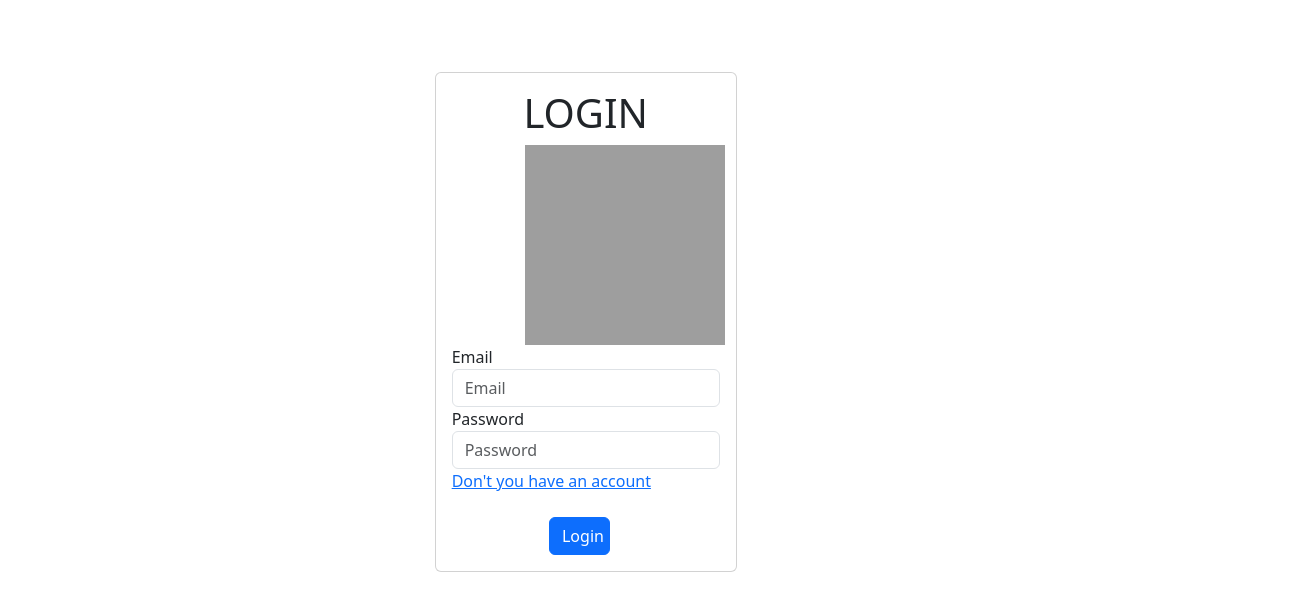
Repository: IT21221064/JobPortal
Page: http://localhost/JobApp/login.jsp
These files come from the project's save history. The page is drawn as it stood at one moment and after the next save; the edit follows.
The browser window is 1280 px wide. The page is 1292 px wide, so the pictures cover 1292 px, including what lies to the right of the window. The pictures show the whole page.
Pictures or frames that could not be fetched are drawn as grey boxes. The page is served by Tomcat 9.

Above is the page before, as saved 2023-07-15 19:31:31.

### Project/JobApp/src/main/webapp/login.jsp
<%@ page language="java" contentType="text/html; charset=ISO-8859-1"
    pageEncoding="ISO-8859-1"%>
<!DOCTYPE html>
<html>
<head>
<meta charset="ISO-8859-1">
<title>Home Page</title>
 <link href="https://cdn.jsdelivr.net/npm/bootstrap@5.3.0/dist/css/bootstrap.min.css" rel="stylesheet" integrity="sha384-9ndCyUaIbzAi2FUVXJi0CjmCapSmO7SnpJef0486qhLnuZ2cdeRhO02iuK6FUUVM" crossorigin="anonymous">
  </head>
</head>
<body>

<br /><br /><br />
    <div class="row">
      <div class="col-md-4"></div>
      <div class="col-md-3">
        <div class="card">
          <div class="card-body">
            <h1 style="text-align: center">LOGIN</h1>
            <div class="row">
              <div class="col-md-3"></div>
              <div class="col-md-4">
                <img
                  style="width: 200px; height: 200px"
                src="images/profilepic.png"  alt="circle user avatar Icon 4035892"
                  class="styles__Image-sc-2erpfv-1 eOQgUF"
                />
              </div>
              <div class="col-md-4"></div>
            </div>
            <form method="post" action="LoginServlet">
              <div class="form-group">
                <label>Email</label
                ><input class="form-control col-md-12" placeholder="Email" name="email" />
              </div>
              <div class="form-group">
                <label>Password</label
                ><input
                  type="password"
                  class="form-control col-md-12"
                  placeholder="Password"
                  name="password"
                />
              </div>
              <a href="/JobPortal/addProfile.jsp"
                >Don't you have an account</a
              >
              <div class="row">
                <div class="col-md-4"></div>
                <div class="col-md-4">
                  <br />
                  <input type="submit" class="btn btn-primary col-md-10" value="Login">
                </div>
                <div class="col-md-4"></div>
              </div>
            </form>
          </div>
        </div>
      </div>
      <div class="col-md-4"></div>
    </div>

</body>
</html>

After the next save:
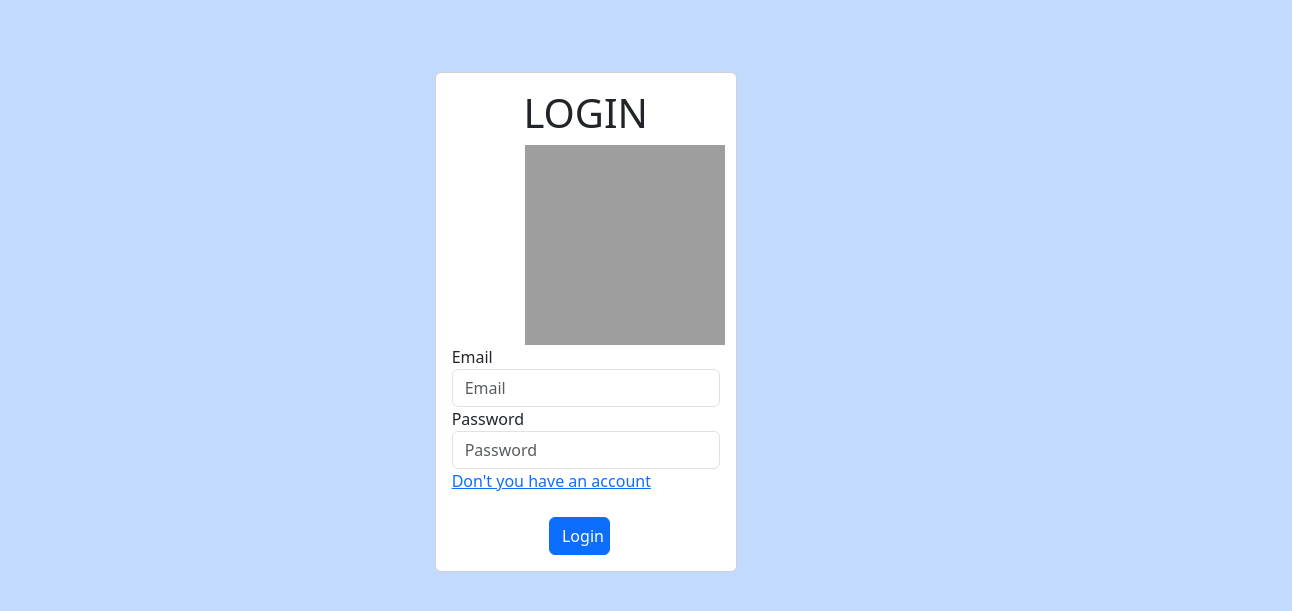
Saved 65 s later.
--- a/Project/JobApp/src/main/webapp/login.jsp
+++ b/Project/JobApp/src/main/webapp/login.jsp
@@ -8,7 +8,7 @@
  <link href="https://cdn.jsdelivr.net/npm/bootstrap@5.3.0/dist/css/bootstrap.min.css" rel="stylesheet" integrity="sha384-9ndCyUaIbzAi2FUVXJi0CjmCapSmO7SnpJef0486qhLnuZ2cdeRhO02iuK6FUUVM" crossorigin="anonymous">
   </head>
 </head>
-<body>
+<body class="bg-primary bg-opacity-25">
 
 <br /><br /><br />
     <div class="row">
